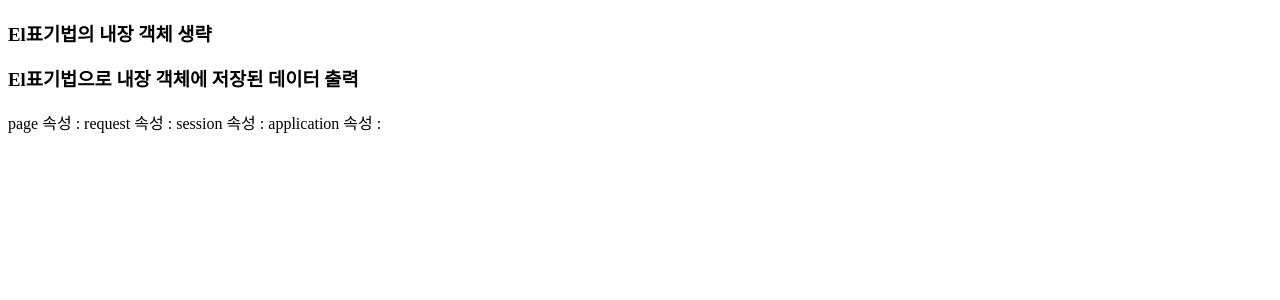
Repository: YooMyeongSeon/JSP_Servlet_Study
Page: http://localhost/web07/Ex_07.jsp
An editor plug-in stored every save of this project. The page is shown before and after a run of saves, followed by the edit.
The browser window is 1280 px wide. The pictures show the whole page.
The page is served by Tomcat 9. Other server files are loaded and not shown.

Above is the page before, as saved 2022-06-10 02:22:55.

### web07/WebContent/Ex_07.jsp
<%@ page language="java" contentType="text/html; charset=UTF-8"
    pageEncoding="UTF-8"%>
<!DOCTYPE html>
<html>
<head>
<meta charset="UTF-8">
<title>Insert title here</title>
</head>
<body>
	<h3>El표기법의 내장 객체 생략</h3>
	<%
		//각 내장 객체에 데이터 저장
		pageContext.setAttribute("name", "페이지");
		request.setAttribute("name", "리퀘스트");
		session.setAttribute("name", "세션");
		application.setAttribute("name", "어플리케이션");
	%>
	<h3>El표기법으로 내장 객체에 저장된 데이터 출력</h3>
	page 속성 :
	request 속성 :
	session 속성 :
	application 속성 :
</body>
</html>

After the next 2 saves:
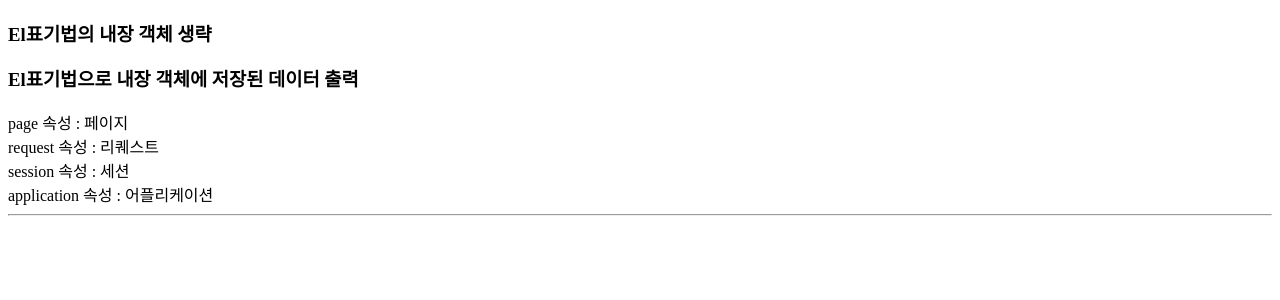
The 2 saves are shown as one change because 1 did not build or start.
The last was saved 48 s later.
--- a/web07/WebContent/Ex_07.jsp
+++ b/web07/WebContent/Ex_07.jsp
@@ -16,9 +16,10 @@
 		application.setAttribute("name", "어플리케이션");
 	%>
 	<h3>El표기법으로 내장 객체에 저장된 데이터 출력</h3>
-	page 속성 :
-	request 속성 :
-	session 속성 :
-	application 속성 :
+	page 속성 : ${ pageScope.name }<br>
+	request 속성 : ${ requestScope.name }<br>
+	session 속성 : ${ sessionScope.name }<br>
+	application 속성 : ${ applicationScope.name }<br>
+	<hr>
 </body>
 </html>
